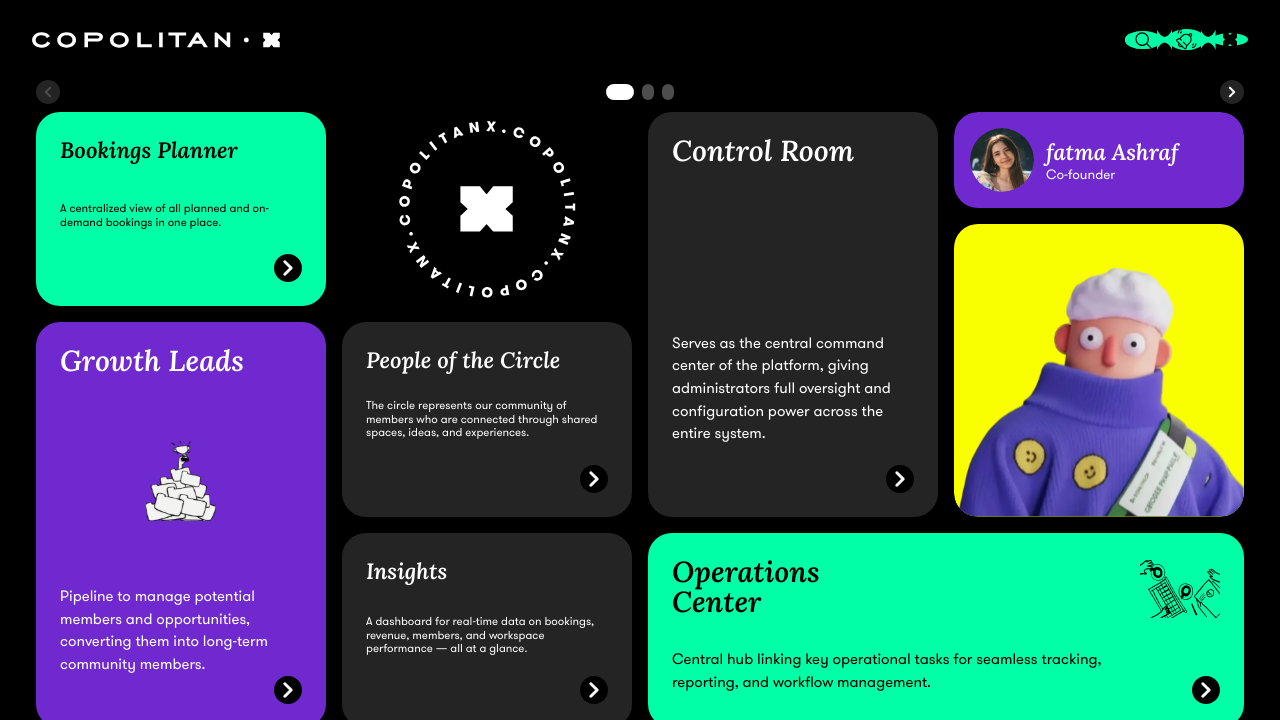
Repository: mohameddtalal/Copolitan-X
Page: /dashboard
An editor plug-in stored every save of this project. The page is shown before and after the next save, followed by the edit.
The browser window is 1280 px wide. The pictures show the whole page.
The project was rebuilt for these pictures with package versions that can differ from the ones it lists, and the page was loaded fresh each time. The framework's server and built-in components were replaced by stand-ins that run in the browser. Also part of the build but not shown: next.config.ts.

Above is the page before, as saved 2026-02-10 16:04:21.

After the next save:
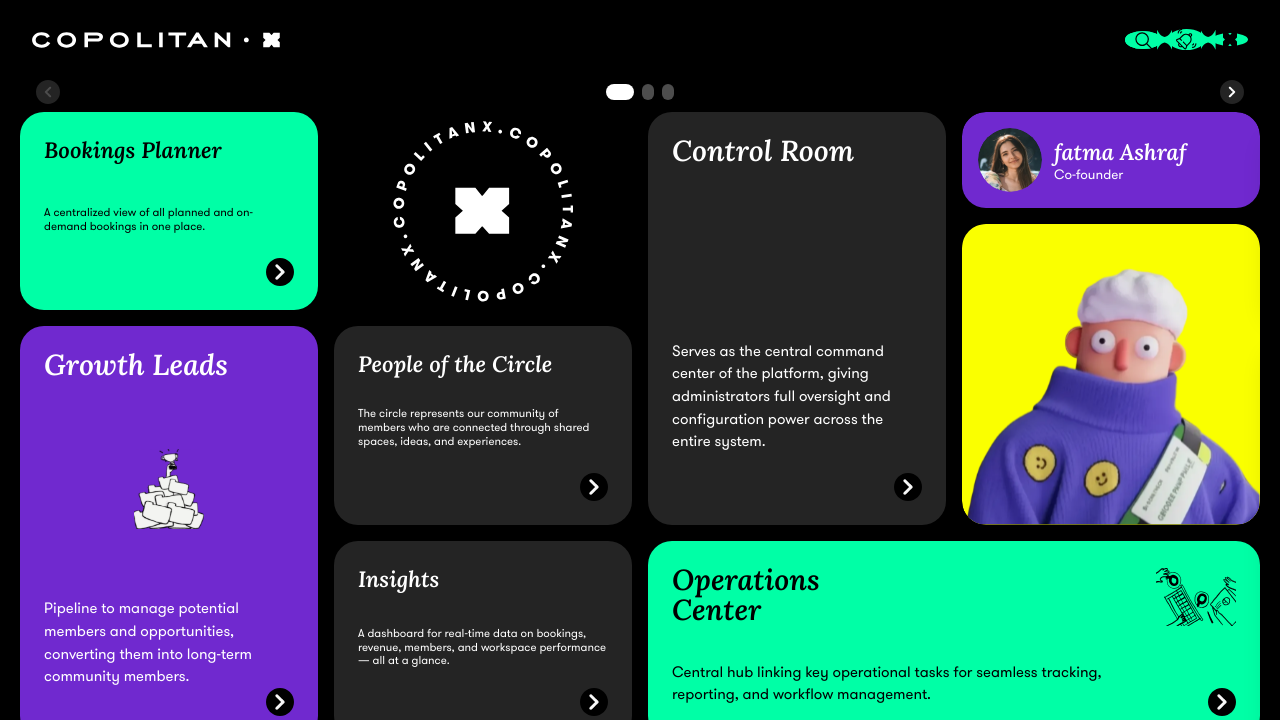
Saved 2 min 39 s later.
--- a/src/components/Navbars/NavbarDynamic.tsx
+++ b/src/components/Navbars/NavbarDynamic.tsx
@@ -24,7 +24,7 @@ const Navbar = () => {
               alt="LogoImage"
               className={styles.logoImg}
               width={301}
-              height={26}
+              height={19}
             />
           </div>
         </Link>
--- a/src/components/PageContainer/PageContainer.tsx
+++ b/src/components/PageContainer/PageContainer.tsx
@@ -2,7 +2,7 @@ export default function PageContainer({ children }: { children: React.ReactNode
 
 
     return (
-        <div className="min-w-full h-full px-1.5 sm:px-2 md:px-2 lg:px-3 xl:px-4 flex items-center justify-center ">
+        <div className="min-w-full  flex items-center justify-center mb-3">
             <div className="grid grid-cols-4 grid-rows-3 gap-2 sm:gap-3 lg:gap-4 w-full h-full auto-rows-fr relative">
                 {children}
             </div>
